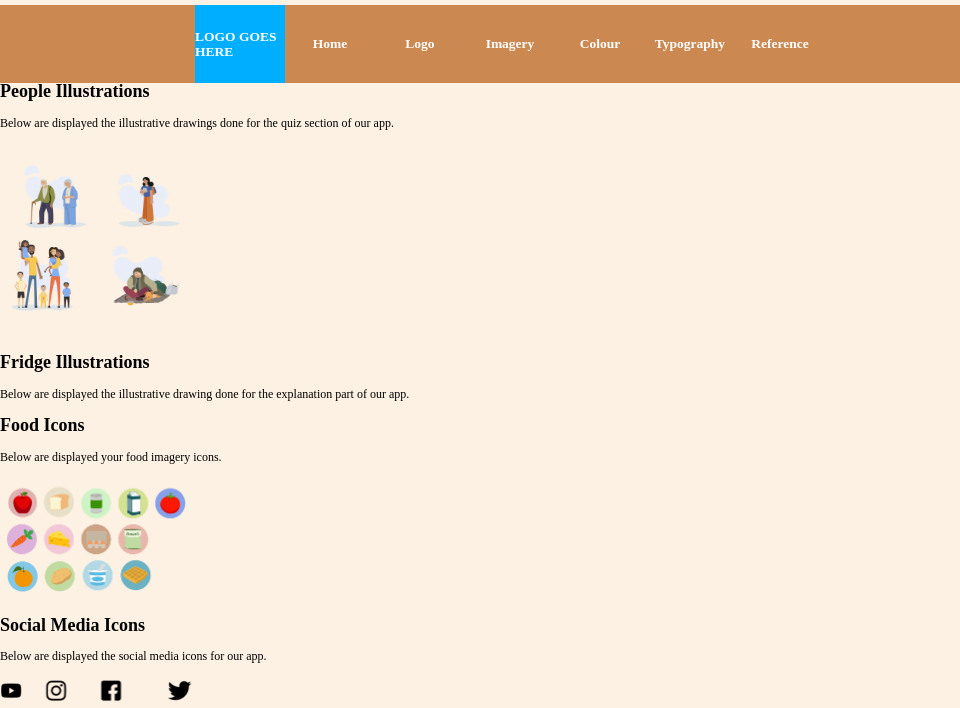
Repository: anagarango/fridgygostyle
Page: htmls/imagery.html
These files come from the project's save history. The page is drawn as it stood at one moment and after the next save; the edit follows.
The browser window is 1280 px wide. The pictures show the whole page, at 75% of full size.

Above is the page before, as saved 2022-03-22 23:26:50.

After the next save:
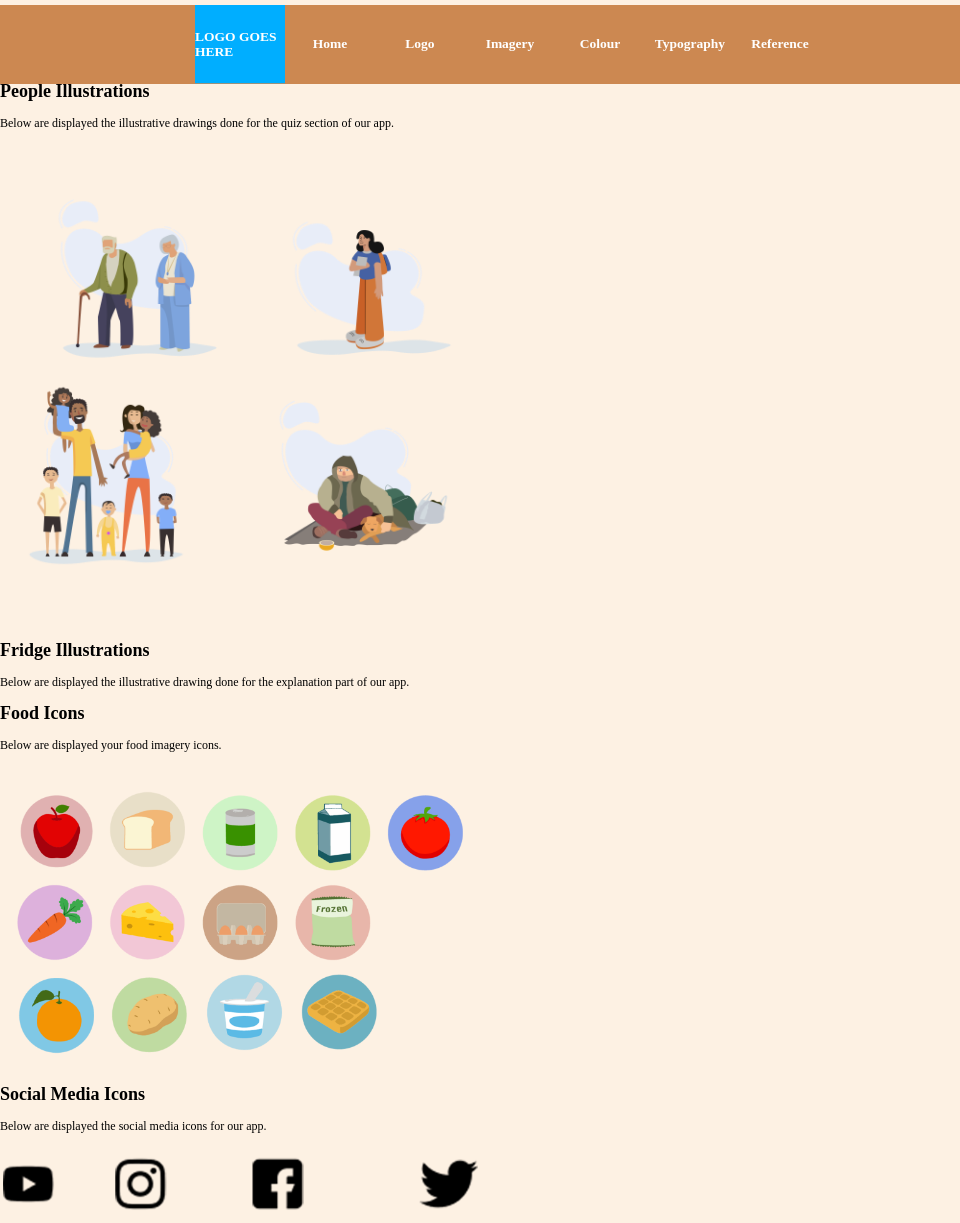
Saved 41 s later.
--- a/htmls/imagery.html
+++ b/htmls/imagery.html
@@ -55,10 +55,7 @@
             margin-top: 300px;
         } */
         .imagery_section img{
-            width: 20%;
-        }
-        .brid{
-            width: 3%;
+            width: 50%;
         }
 
 
